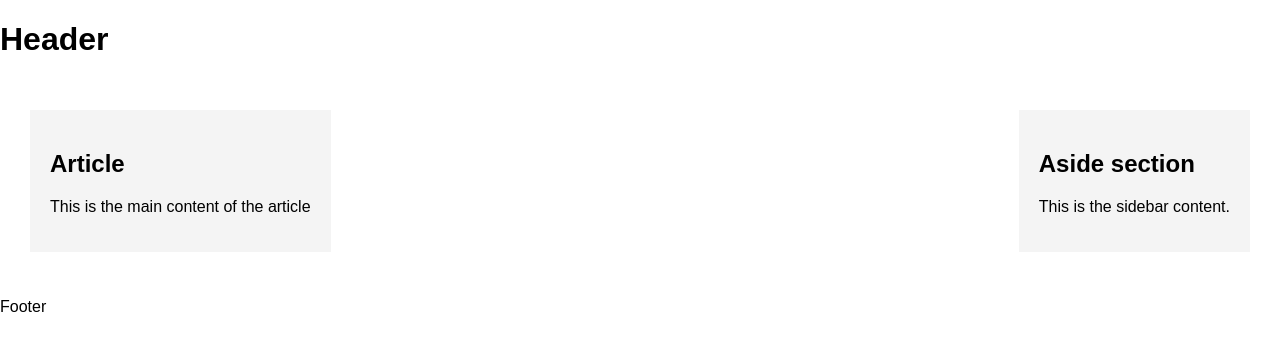
Repository: RishabhModi2899/Repo_Marlabs
Page: index.html
The author's editor kept a copy of each file at every save. The page is drawn from the files as they stood at one save, then again after a run of saves.
The browser window is 1280 px wide. The pictures show the whole page.

Above is the page before, as saved 2024-07-31 11:32:00.

### index.html
<!DOCTYPE html>
<html lang="en">
    <meta charset="UTF-8">
    <meta name="viewport" content="width=device-width", initial-scale="1.0">
    <title>Responsive flex design</title>
    <link rel="stylesheet" href="styles.css">
</html>
<body>
    <header>
        <h1>Header</h1>
    </header>
    <div class="container">
        <article>
            <h2>
                Article
            </h2>
            <p>
                This is the main content of the article
            </p>
        </article>
        <aside>
            <h2>Aside section</h2>
            <p>This is the sidebar content.</p>
        </aside>
    </div>
    <footer>
        <p>
            Footer
        </p>
    </footer>
</body>

### styles.css
body {
    font-family: Arial, Helvetica, sans-serif;
    margin: 0;
    padding: 0;
    box-sizing: border-box;
}

.container {
    display: flex;
    flex-wrap: wrap;
    justify-content: space-between;
    padding: 20px;
}

article, aside {
    background-color: #f4f4f4;
    margin: 10px;
    padding: 20px;
    border
}

After the next 3 saves:
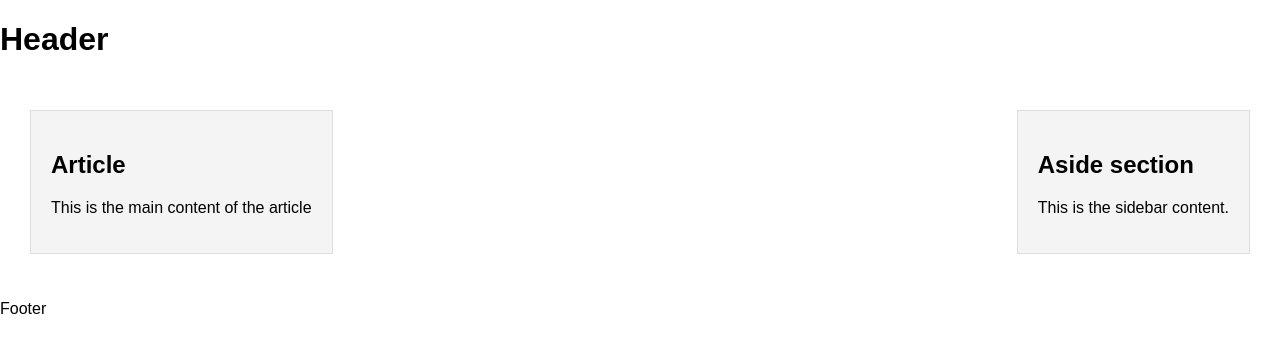
The 3 saves are shown as one change because they came seconds apart.
The last was saved 10 s later.
--- a/styles.css
+++ b/styles.css
@@ -16,5 +16,5 @@ article, aside {
     background-color: #f4f4f4;
     margin: 10px;
     padding: 20px;
-    border
+    border: 1px solid #ddd;
 }
